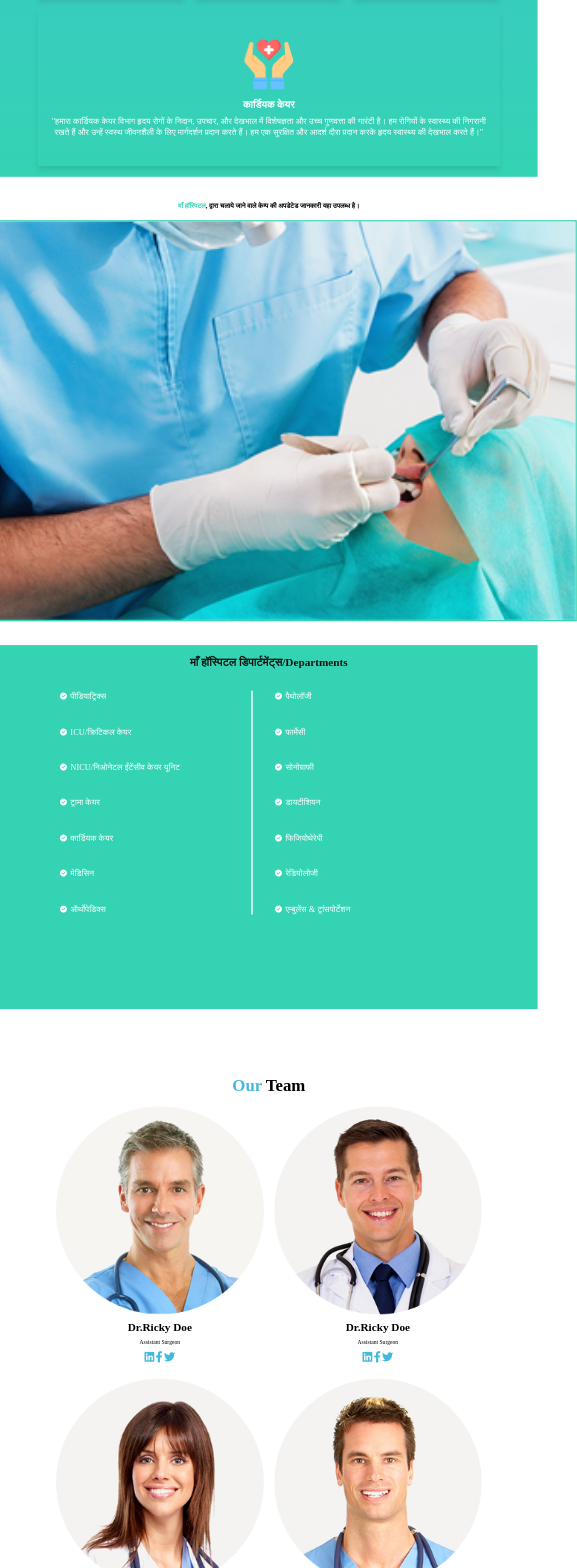
Repository: Aayush919/test
Page: index.html
An editor plug-in stored every save of this project. The page is shown before and after a run of saves, followed by the edit.
The browser window is 768 px wide. The page is 824 px wide, so the pictures cover 824 px, including what lies to the right of the window. The pictures show the part of the page from y = 1652 to 3892 px (the page is 4634 px tall), at 70% of full size.

Above is the page before, as saved 2023-10-15 08:56:32.

After the next 2 saves:
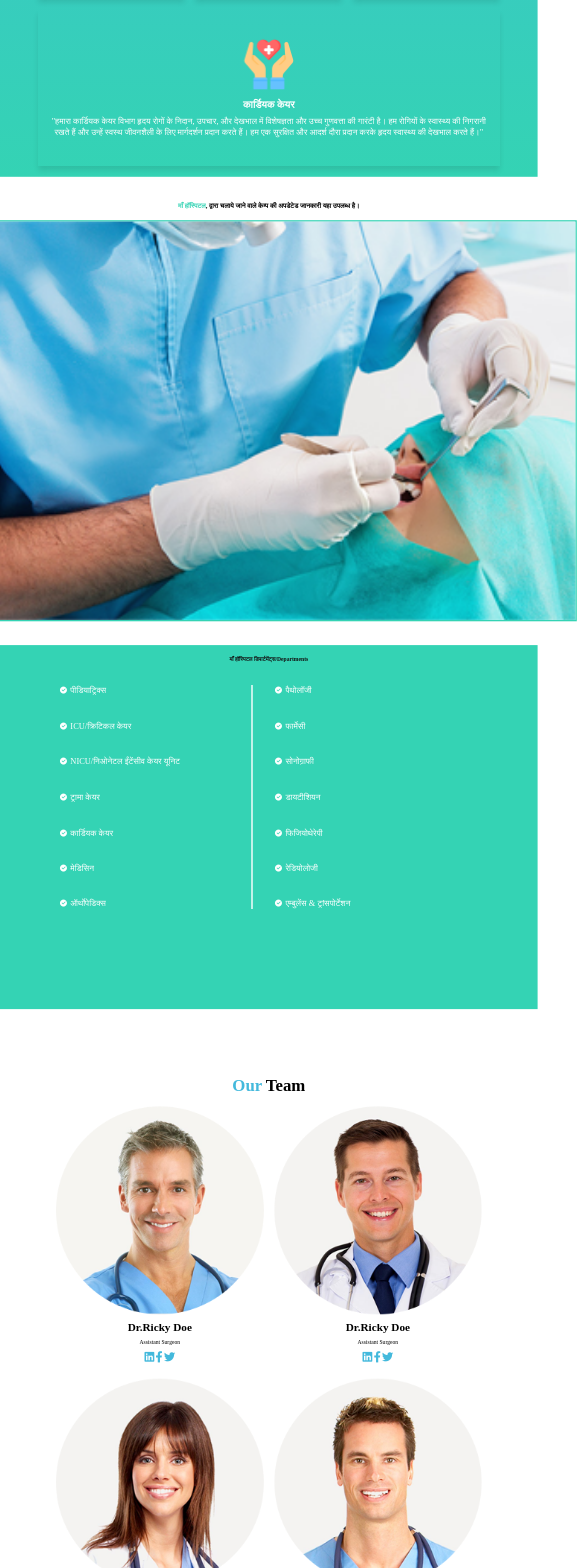
The 2 saves are shown as one change because they came seconds apart.
The last was saved 36 s later.
--- a/style.css
+++ b/style.css
@@ -338,6 +338,13 @@ header .navbar.active{
     padding: 2rem 9%;
 }
 
+.depart h1{
+    color:#111;
+    display: flex;
+    align-self: center;
+    justify-content: center;
+    font-size: 1rem;
+}
 
 }
 
